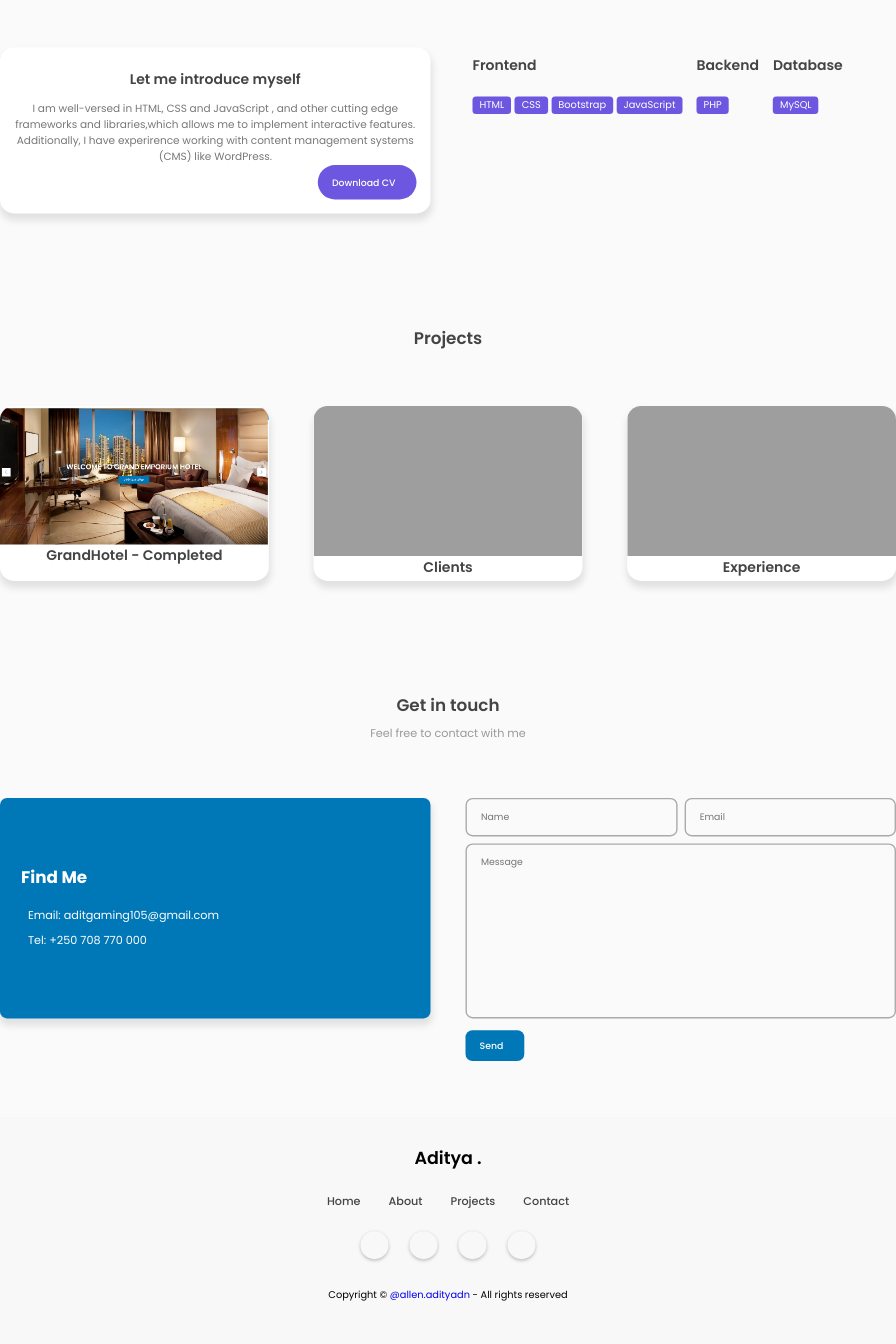
Repository: 4Kbrain/Portofolio
Page: index.html
The author's editor kept a copy of each file at every save. The page is drawn from the files as they stood at one save, then again after the next save.
The browser window is 1280 px wide. The pictures show the part of the page from y = 847 to 2767 px (the page is 2767 px tall), at 70% of full size.
Pictures or frames that could not be fetched are drawn as grey boxes. Some icons come from a web library that is not loaded, so they are not drawn.

Above is the page before, as saved 2024-05-15 16:35:41.
Console error: ReferenceError: ScrollReveal is not defined

After the next save:
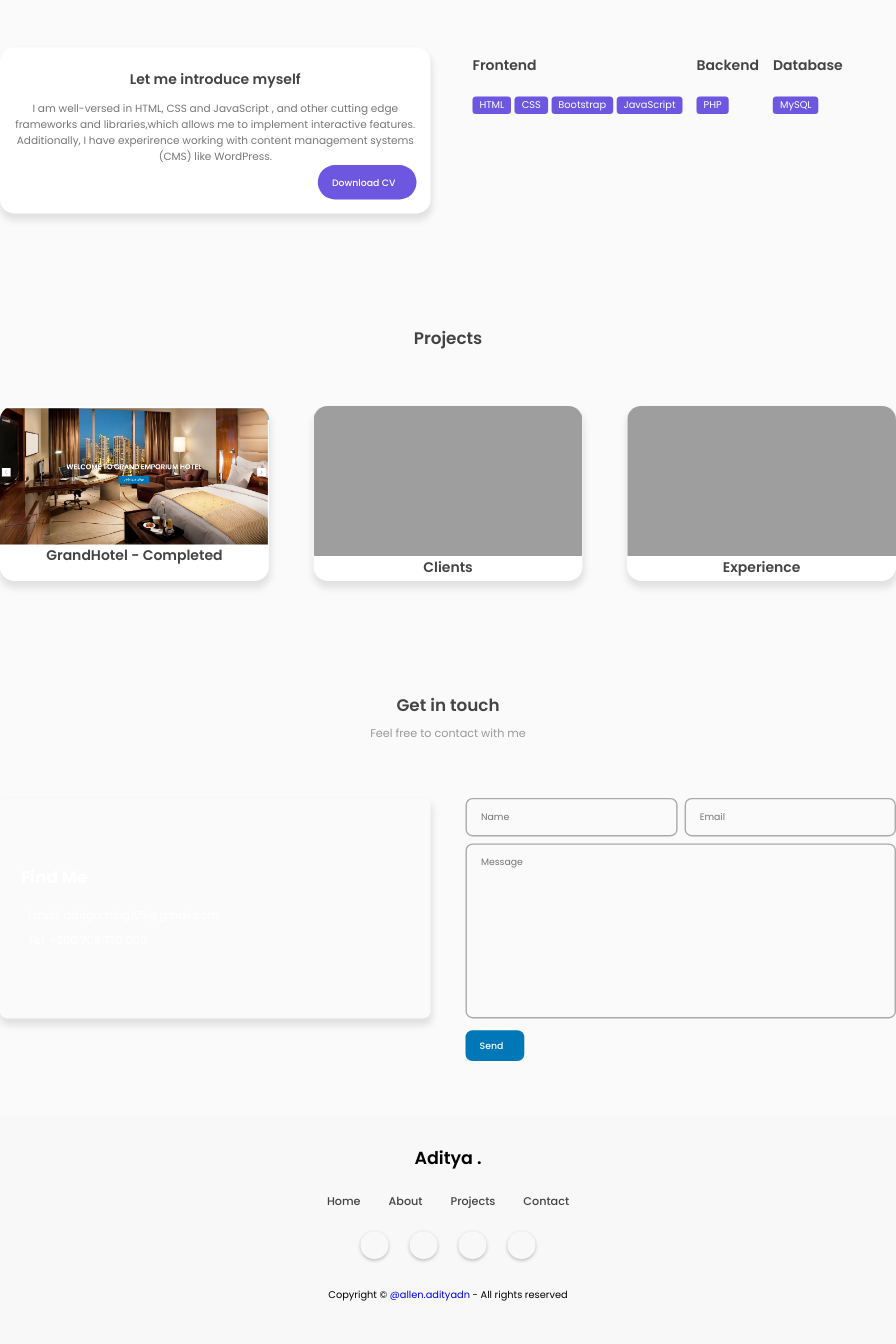
Saved 18 s later.
--- a/assets/css/style.css
+++ b/assets/css/style.css
@@ -395,7 +395,6 @@ h3{
     padding: 20px 30px;
     width: 100%;
     height: 315px;
-    background: var(--second-color);
     border-radius: 10px;
     box-shadow: 1px 8px 10px 2px var(--first-shadow-color);
     overflow: hidden;
